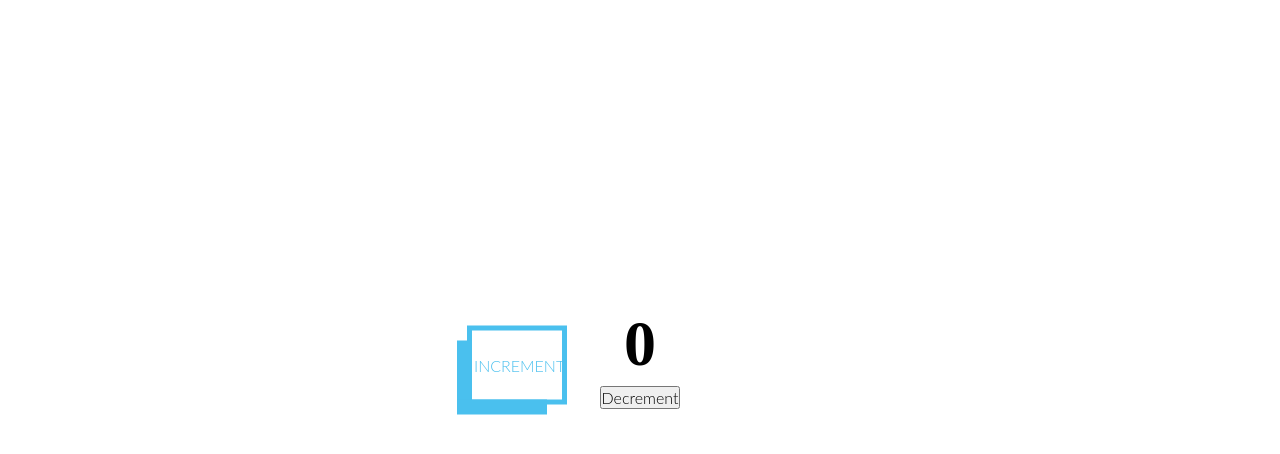
Repository: Ellisvelandia/react_introduction_test
Page: /
The author's editor kept a copy of each file at every save. The page is drawn from the files as they stood at one save, then again after the next save.
The browser window is 1280 px wide. The pictures show the whole page.
The project was rebuilt for these pictures with package versions that can differ from the ones it lists, and the page was loaded fresh each time. Also part of the build but not shown: src/index.css.

Above is the page before, as saved 2022-08-15 20:09:04.

After the next save:
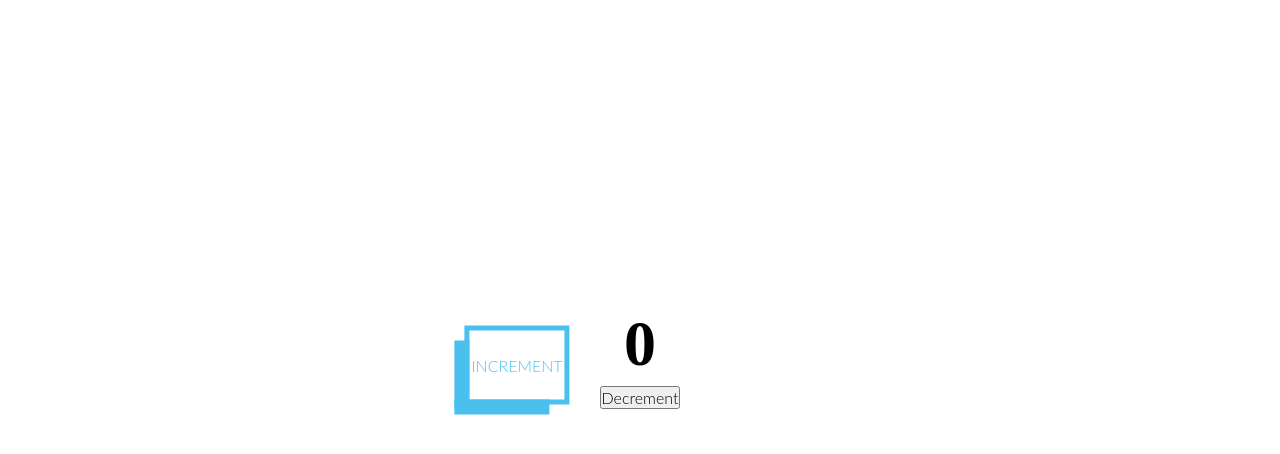
Saved 16 s later.
--- a/src/App.scss
+++ b/src/App.scss
@@ -37,7 +37,7 @@ button {
   transform: translateX(-50%) translateY(-50%);
 
   background: #fff;
-  max-width: 100px;
+  max-width: 120px;
   padding: 25px 2px;
 
   border: 5px solid #4ac0ee;
